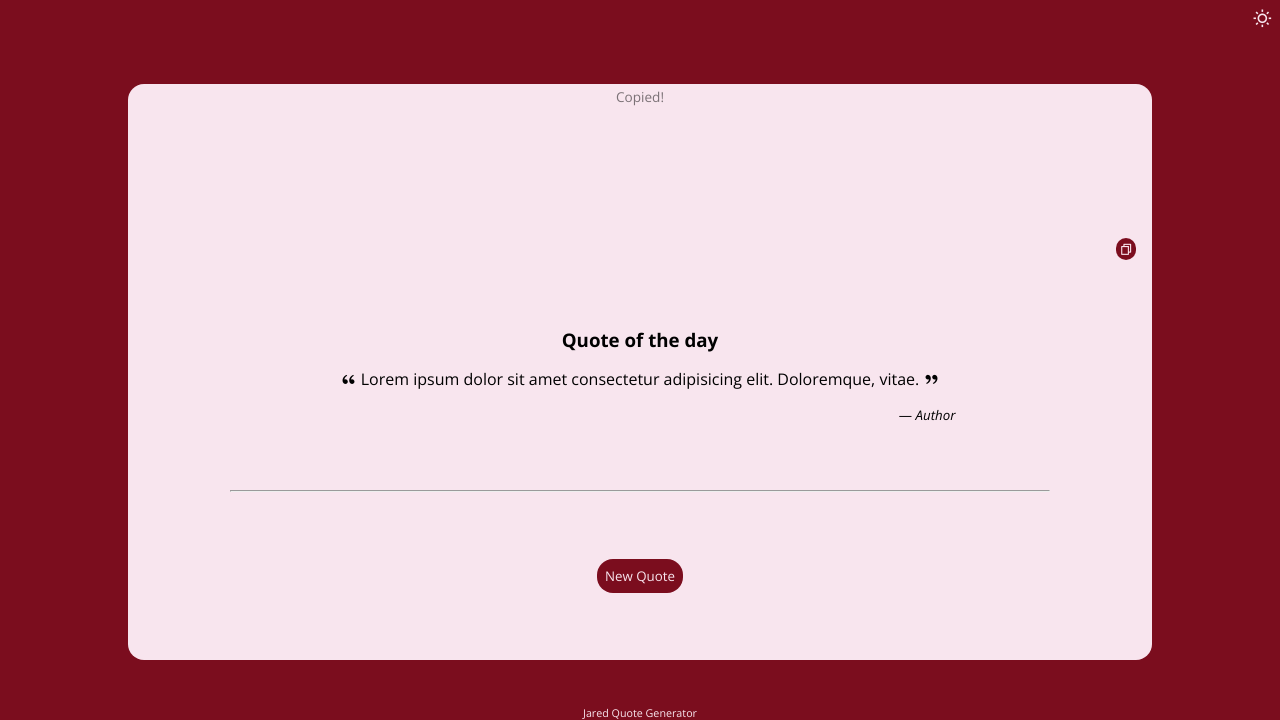
Repository: EguJaredoBoyd/Jared-Quote-Generator
Page: html/main.html
These files come from the project's save history. The page is drawn as it stood at one moment and after the next save; the edit follows.
The browser window is 1280 px wide. The pictures show the whole page.
Some web libraries are served in a nearby version.

Above is the page before, as saved 2026-01-09 23:54:00.

### html/main.html
<!DOCTYPE html>
<html lang="en">
  <head>
    <meta charset="UTF-8" />
    <meta name="viewport" content="width=device-width, initial-scale=1.0" />
    <link rel="stylesheet" href="../css/style.css" />
    <script src="../js/main.js" defer></script>
    <link
      href="https://cdn.jsdelivr.net/npm/remixicon@4.8.0/fonts/remixicon.css"
      rel="stylesheet"
    />
    <link rel="preconnect" href="https://fonts.googleapis.com" />
    <link rel="preconnect" href="https://fonts.gstatic.com" crossorigin />
    <link
      href="https://fonts.googleapis.com/css2?family=Open+Sans:ital,wght@0,300..800;1,300..800&display=swap"
      rel="stylesheet"
    />
    <script src="../js/theme.js" defer></script>
    <script src="../js/copy.js" defer></script>
    <title>Document</title>
  </head>
  <body>
    <div class="container">
      <header>
        <button id="theme-toggle">
          <i class="ri-sun-line" id="theme-icon"></i>
        </button>
      </header>
      <main>
        <div class="quote-container">
          <span class="copy-alert" id="copy-feedback">Copied!</span>
          <div class="quote-container__copy">
            <button id="copy-quote"><i class="ri-file-copy-line"></i></button>
          </div>
          <div class="quote-container__quotes">
            <h3>Quote of the day</h3>
            <p id="quote-content">
              <span><i class="ri-double-quotes-l"></i></span> Lorem ipsum dolor
              sit amet consectetur adipisicing elit. Doloremque, vitae.
              <span><i class="ri-double-quotes-r"></i></span>
            </p>
            <div class="quote-container__author">
              <h5>&mdash; <i>Author</i></h5>
            </div>
          </div>
          <hr />
          <div class="quote-container__new--quote">
            <button>New Quote</button>
          </div>
        </div>
      </main>
      <footer>
        <div class="footer__developer">
          <h6>Jared Quote Generator</h6>
        </div>
      </footer>
    </div>
  </body>
</html>

### css/style.css
* {
  margin: 0;
  padding: 0;
  box-sizing: border-box;

  /* outline: 1px solid red; */
}

:root {
  --background-color: #7b0d1e;
  --card-color: #f8e5ee;
  --text-color: black;
  --button-color: #7b0d1e;
}

html {
  font-size: 16px;
}

.lighter-theme {
  --background-color: #f8e5ee;
  --card-color: #7b0d1e;
  --text-color: whitesmoke;
  --button-color: #f8e5ee;
}

body {
  font-family: "Open Sans", sans-serif;
  background-color: var(--background-color);
  color: var(--text-color);
}

.container {
  height: 100vh;
  display: flex;
  flex-direction: column;
  justify-content: space-between;
  align-items: center;
}

header {
  display: flex;
  justify-content: flex-end;
  width: 100%;
}

header button {
  border: none;
  background: none;
  color: var(--card-color);
  font-size: larger;
  padding: 0.5rem;
}

.quote-container {
  display: flex;
  flex-direction: column;
  justify-content: space-evenly;
  align-items: center;
  height: 80vh;
  width: 80vw;
  max-width: 80vw;
  background-color: var(--card-color);
  border-radius: 1rem;
}

.copy-alert {
  opacity: 0.5;
  position: relative;
  font-size: 0.85rem;
  transform: translateY(-4rem);
  pointer-events: none;
  transition: all 0.3s ease;
}

.show {
  opacity: 1;
  transform: translateY(0);
}

.quote-container__copy {
  align-self: self-end;
  padding-right: 1rem;
}

.quote-container__copy button {
  background-color: var(--button-color);
  color: var(--card-color);
  border: none;
  border-radius: 1rem;
  padding: 0.2rem;
}

.quote-container__quotes {
  max-width: 100%;
  max-height: 100%;
}

.quote-container__quotes h3 {
  text-align: center;
}

.quote-container__quotes p {
  max-width: 100%;
  max-height: 40vh;
  overflow-y: auto;
  padding: 1rem 2rem;
  overflow-wrap: break-word;
  text-align: center;
}

.quote-container__quotes span {
  font-size: 1rem;
}

.quote-container__author {
  justify-self: end;
  padding-right: 1rem;
}

.quote-container__author h5 {
  font-weight: 300;
}

.quote-container hr {
  width: 80%;
}

.quote-container__new--quote button {
  background-color: var(--button-color);
  color: var(--card-color);
  padding: 0.5rem;
  border: none;
  border-radius: 1rem;
  font-family: "Open Sans", sans-serif;
}

.footer__developer h6 {
  color: var(--card-color);
  font-weight: 300;
}

### js/theme.js
//Target the theme button and theme icon
const themeToggle = document.getElementById("theme-toggle");
const themeIcon = document.getElementById("theme-icon");

//Invoke saved lighter theme
const savedTheme = JSON.parse(localStorage.getItem("Lighter-Theme"));

//Add a class of moon to the <i> tag
if (savedTheme === true) {
  document.body.classList.add("lighter-theme");
  //Remove default theme
  themeIcon.classList.remove("ri-sun-line");
  themeIcon.classList.add("ri-contrast-2-line");
}

//Add an eventlistener to toggle theme
function themeToggleFunction() {
  themeToggle.addEventListener("click", () => {
    const lighterTheme = document.body.classList.toggle("lighter-theme");

    if (lighterTheme) {
      themeIcon.classList.remove("ri-sun-line");
      themeIcon.classList.add("ri-contrast-2-line");
    } else {
      themeIcon.classList.remove("ri-contrast-2-line");
      themeIcon.classList.add("ri-sun-line");
    }

    //Save lighter-theme to the localStorage
    localStorage.setItem("Lighter-Theme", JSON.stringify(lighterTheme));
  });
}

themeToggleFunction();

### js/copy.js
//Target the copy and the quote buttons
const copyQuote = document.getElementById("copy-quote");
const qouteContent = document.getElementById("quote-content");
const copyFeedback = document.getElementById("copy-feedback");

function copyQuoteToClipboard() {
  copyQuote.addEventListener("click", () => {
    const quoteToCopy = qouteContent.textContent;
    navigator.clipboard.writeText(quoteToCopy);

    copyFeedback.classList.add("show");
  });
}

copyQuoteToClipboard();

Loaded but not shown: js/main.js (no copy from this time; the picture is the same without it)

After the next save:
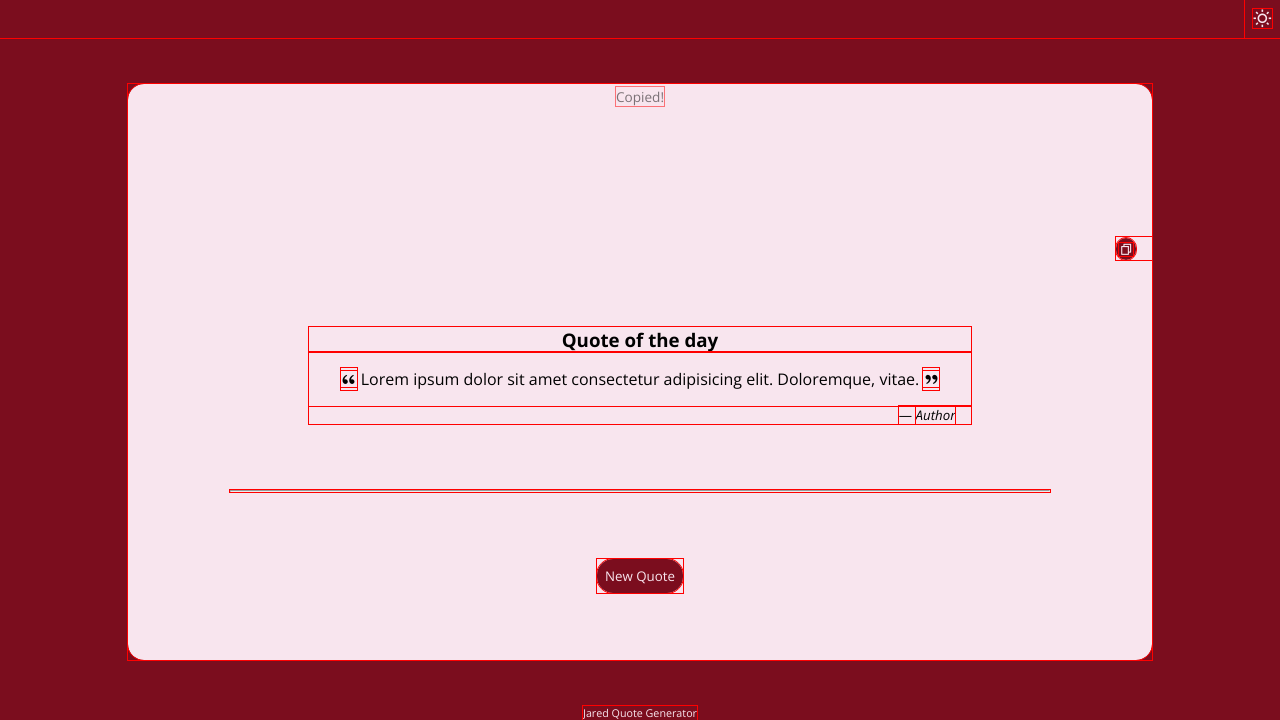
Saved 16 s later.
--- a/css/style.css
+++ b/css/style.css
@@ -3,7 +3,7 @@
   padding: 0;
   box-sizing: border-box;
 
-  /* outline: 1px solid red; */
+  outline: 1px solid red;
 }
 
 :root {
